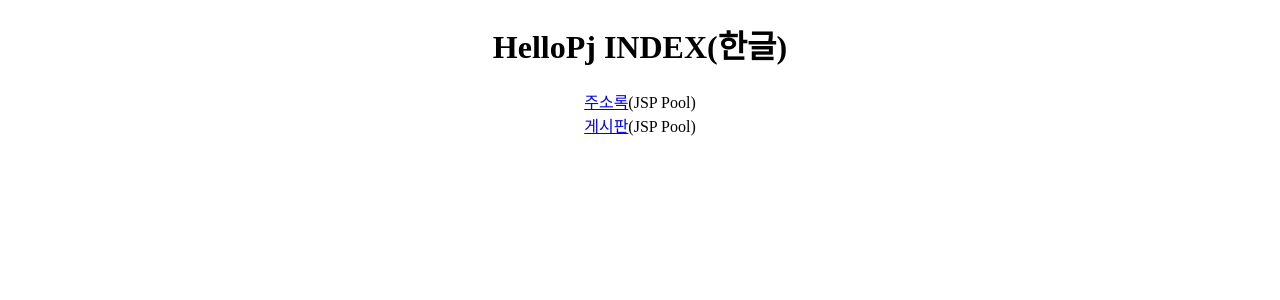
Repository: betweenhj702/Web-App-Server-Practices
Page: http://localhost/HelloPj/
An editor plug-in stored every save of this project. The page is shown before and after the next save, followed by the edit.
The browser window is 1280 px wide. The pictures show the whole page.
The page is served by Tomcat 9. Other server files are loaded and not shown.

Above is the page before, as saved 2020-12-29 06:01:03.

### workspace/HelloPj/WebContent/index.jsp
<%@ page language="java" contentType="text/html; charset=UTF-8"
    pageEncoding="UTF-8"%>
<!DOCTYPE html>
<html>
<head>
<meta charset="UTF-8">
<title>HelloPJ index</title>
</head>
<body>
	<div style="text-align:center">
		   <h1>HelloPj INDEX(한글)</h1>
		   <p>
		   	<a href="addr_jsp_pool/list.jsp">주소록</a>(JSP Pool)<br/>
		   	<a href="sm_jsp_pool/list.jsp">게시판</a>(JSP Pool)<br/>
		   </p>
		</div>
</body>
</html>

After the next save:
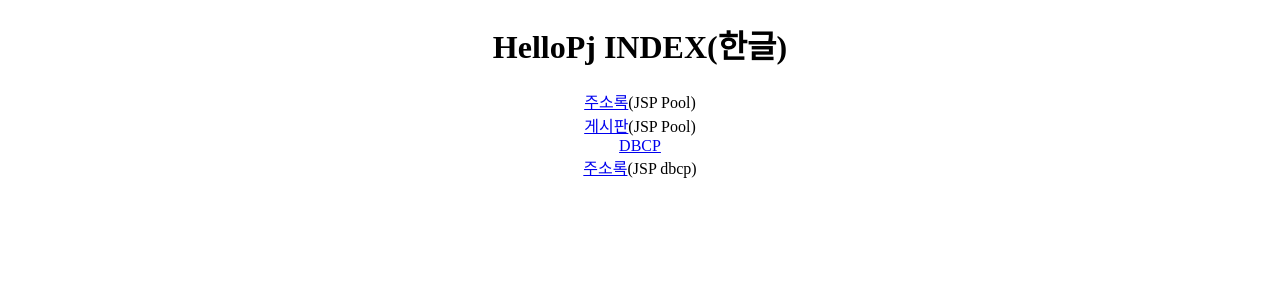
Saved 15 min 29 s later.
--- a/workspace/HelloPj/WebContent/index.jsp
+++ b/workspace/HelloPj/WebContent/index.jsp
@@ -12,6 +12,9 @@
 		   <p>
 		   	<a href="addr_jsp_pool/list.jsp">주소록</a>(JSP Pool)<br/>
 		   	<a href="sm_jsp_pool/list.jsp">게시판</a>(JSP Pool)<br/>
+		   	<a href="hello_dbcp.jsp">DBCP</a><br/>
+		   	<a href="addr_jsp_dbcp/list.jsp">주소록</a>(JSP dbcp)<br/>
+
 		   </p>
 		</div>
 </body>
